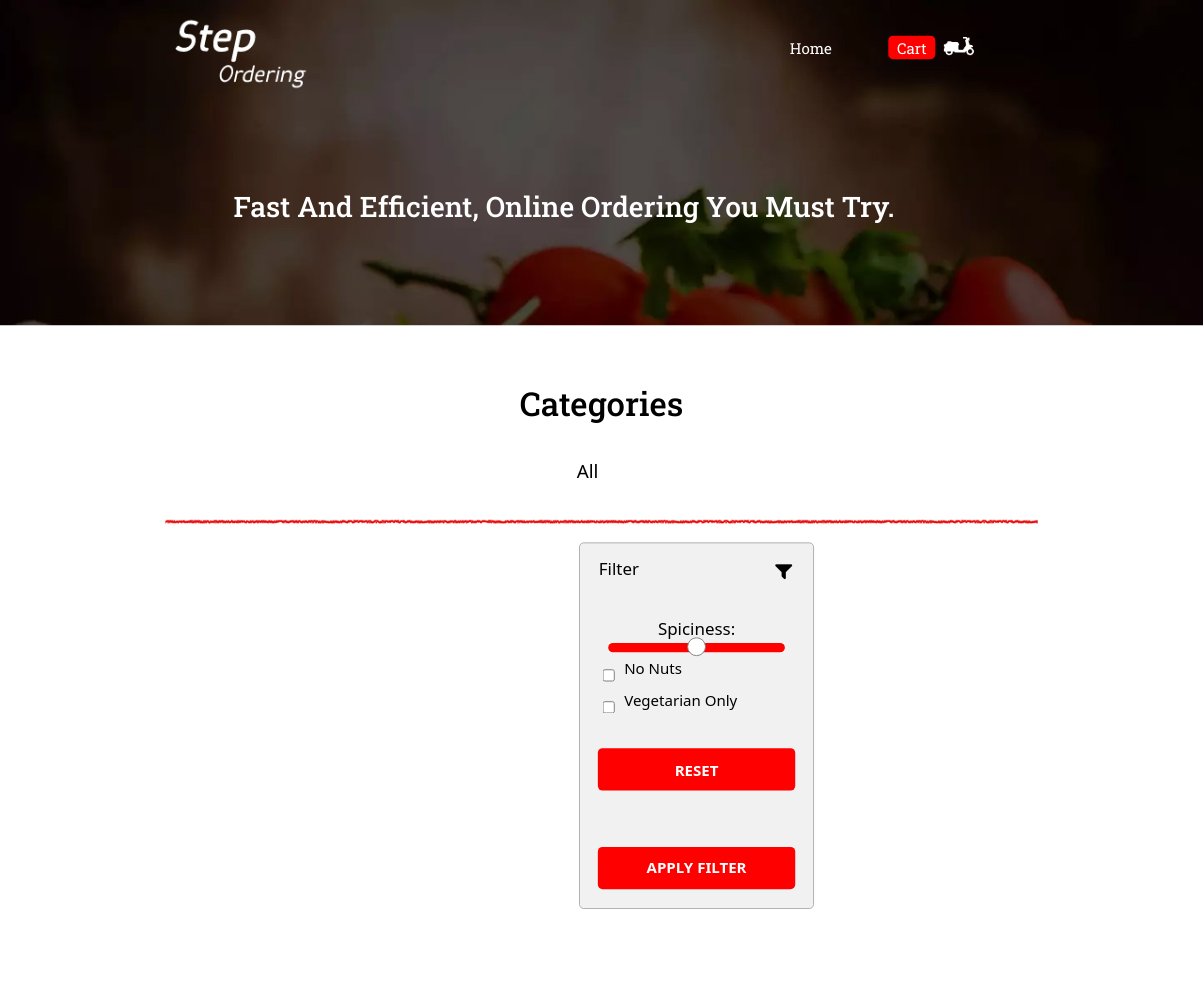
Repository: anastasia29-step/Online-Restaurant
Page: index.html
The author's editor kept a copy of each file at every save. The page is drawn from the files as they stood at one save, then again after the next save.
The browser window is 1280 px wide. The pictures show the whole page, at 94% of full size.
Some web libraries are served in a nearby version.

Above is the page before, as saved 2026-03-10 17:01:15.
Not found: app.js/

### index.html
<!DOCTYPE html>
<html lang="en">

<head>
    <meta charset="UTF-8">
    <meta name="viewport" content="width=device-width, initial-scale=1.0">
    <title>Document</title>
    <link rel="stylesheet" href="style.css">
    <link rel="preconnect" href="https://fonts.googleapis.com">
    <link rel="preconnect" href="https://fonts.gstatic.com" crossorigin>
    <link href="https://fonts.googleapis.com/css2?family=Roboto+Slab:wght@100..900&display=swap" rel="stylesheet">
    <link rel="stylesheet" href="https://cdnjs.cloudflare.com/ajax/libs/font-awesome/7.0.1/css/all.min.css"
        integrity="sha512-2SwdPD6INVrV/lHTZbO2nodKhrnDdJK9/kg2XD1r9uGqPo1cUbujc+IYdlYdEErWNu69gVcYgdxlmVmzTWnetw=="
        crossorigin="anonymous" referrerpolicy="no-referrer" />
</head>

<body>

    <section class="FirstLine">

    <div class="beside" id="navbar">
        <div class="left">
            <a href="./index.html"><img src="./photo/logo.png" alt=""></a>
        </div>

        <div class="right">
            <a href="./index.html">Home</a>
            <a href="./Cart.html" class="a">Cart</a>
            <a href="./Cart.html">
            <img src="./photo/istockphoto-609074524-612x612 Background Removed.png" alt=""></a>
        </div>
    </div>

    <div class="bottom">
        <h1>Fast And Efficient, Online Ordering You Must Try.</h1>
    </div>

</section>
    <section class="section">
        <h1>Categories</h1>
        <ul>
            <li onclick="showAll()">All</li>
        </ul>
        <img src="./photo/border.png" alt="">
    </section>
    <form class="sectionCard">
        <div class="leftSide">
            <div class="filteredCard">
                <div class="first">
                    <p>Filter</p>
                    <i class="fa-solid fa-filter"></i>
                </div>
                <p>Spiciness:</p>
                <input class="range" type="range">
                <div class="next">
                    <input type="checkbox">
                    <p>No Nuts</p>
                </div>
                <div class="next">
                    <input type="checkbox">
                    <p>Vegetarian Only</p>
                </div>
                <button class="reset" onclick="reset()">RESET</button>
                <button class="apply" onclick="apply()">APPLY FILTER</button>
            </div>
        </div>
        <div class="rightSide">

        </div>
    </form>




    <script src="app.js\"></script>
</body>

</html>

### style.css
* {
    margin: 0;
    padding: 0;
    box-sizing: border-box;
}

.section {
    display: flex;
    flex-direction: column;
    justify-content: center;
    align-items: center;
    padding: 60px;
    gap: 10px;
}

section.section img {
    width: 80%;
    height: 5px;
    display: flex;
    justify-content: center;
    align-items: center;
}

.section h1 {
    font-style: bold;
    font-family: "Roboto Slab", serif;
    font-weight: 900;
}

ul {
    display: flex;
    justify-content: center;
    height: 80px;
    flex-wrap: wrap;
    list-style: none;
    font-weight: 400;
    gap: 30px;
    font-family: system-ui, -apple-system, BlinkMacSystemFont, 'Segoe UI', Roboto, Oxygen, Ubuntu, Cantarell, 'Open Sans', 'Helvetica Neue', sans-serif;
    align-items: center;
}

ul::after {
    content: "";
    display: block;
    height: 6px;
    background-image: url("border.png");
    background-repeat: repeat-x;
    background-position: bottom;
}

.FirstLine {
    height: 48vh;
    background-image: url(./photo/inner_banner.jpg);
    background-position: center;
    background-repeat: no-repeat;
    background-size: cover;
    padding-left: 170px;
    padding-top: 20px;
}

.beside {
    position: fixed;
    top: 0;
    left: 0;
    width: 100%;
    display: flex;
    justify-content: space-between;
    padding: 20px 170px;
    transition: 0.3s;
    z-index: 1000;
}

.beside.active {
    backdrop-filter: blur(10px);
    background: rgba(0, 0, 0, 0.9);
}

.beside.active::after {
    content: "";
    position: absolute;
    bottom: 0;
    left: 0;
    width: 100%;
    height: 100px;
    background-image: url("photo/border.png");
    background-repeat: repeat-x;
    content: "";
    position: absolute;
    bottom: 0;
    left: 0;
    width: 100%;
    height: 5px;
    background-image: url("photo/border.png");
    background-repeat: repeat-x;
}

.beside .right {
    display: flex;
    gap: 20px;
    padding-right: 60px;
    padding-top: 20px;
}

.FirstLine .right :first-child:hover {
    color: #FFCC00;
}

.beside .right a {
    text-decoration: none;
    color: white;
    font-family: "Roboto Slab", serif;
}

.beside .right .a {
    background-color: red;
    width: 50px;
    height: 25px;
    padding-top: 2px;
    text-align: center;
    border-radius: 5px;
    margin-top: -2px;
    margin-left: 40px;
}

.beside .right .a:hover+a img {
    transform: translateX(50px);
}

.beside .right img {
    width: 60px;
    margin-top: -21px;
    margin-left: -25px;
    transition: transform 3.0s;
}

.FirstLine .bottom h1 {
    text-align: center;
    color: white;
    margin-top: 180px;
    margin-right: 250px;
    font-size: 30px;
    font-weight: 500;
    font-family: "Roboto Slab", serif;
}

.section h1 {
    font-weight: 500;
    font-size: 35px;
}

ul li {
    height: 100%;
    font-size: 20px;
    cursor: pointer;
    transition: 0.3s;
    display: flex;
    flex-wrap: wrap;
    justify-content: center;
    align-items: center;

}

ul li:hover {
    background-color: red;
    color: white;

}

.sectionCard {
    display: flex;
    width: 100%;
    padding: 60px;
    margin-top: -140px;
    justify-content: center;
}

.leftSide {
    width: 30%;
    padding: 40px;
    margin-left: 50px;
}

.filteredCard {
    width: 250px;
    height: 390px;
    display: flex;
    flex-direction: column;
    justify-content: space-between;
    align-items: center;
    padding: 20px;
    padding-bottom: 20px;
    background-color: #F1F1F1;
    border: 1px solid rgb(174, 172, 172);
    border-radius: 5px;
    font-family: system-ui, -apple-system, BlinkMacSystemFont, 'Segoe UI', Roboto, Oxygen, Ubuntu, Cantarell, 'Open Sans', 'Helvetica Neue', sans-serif;
    font-size: 18px;
    margin-left: 50px;

}
.filteredCard p{
    margin-top: -5px;
    margin-bottom: 10px;
}

.first {
    display: flex;
    width: 100%;
    justify-content: space-between;
}

.next {
    display: flex;
    align-items: center;
    width: 200px;
    height: 40px;
    gap: 10px;
    margin-top: -30px;
    margin-bottom: -10px;
}

.next .check {
    width: 20px;
    height: 20px;
    cursor: pointer;
    appearance: none;
    border: 2px solid grey;
    border-radius: 2px;
}

.check:hover {
    border: 2px solid black;
}

.next p {
    font-size: 16px;
}

.filteredCard button {
    height: 45px;
    width: 210px;
    background-color: #FF0000;
    color: white;
    border: none;
    border-radius: 5px;
    cursor: pointer;
    transition: 0.5s;
    font-size: 16px;
    font-family: system-ui, -apple-system, BlinkMacSystemFont, 'Segoe UI', Roboto, Oxygen, Ubuntu, Cantarell, 'Open Sans', 'Helvetica Neue', sans-serif;
    font-weight: 800;
}
.reset{
    margin-bottom: 25px;
}

.range {
    width: 90%;
    appearance: none;
    -webkit-appearance: none;
    margin-top: -40px;
}

.range::-webkit-slider-runnable-track {
    height: 10px;
    background: #FF0000;
    border-radius: 10px;
}

.range::-webkit-slider-thumb {
    appearance: none;
    -webkit-appearance: none;
    width: 20px;
    height: 20px;
    background-color: white;
    border-radius: 50%;
    border: 1px solid grey;
    cursor: pointer;
    margin-top: -6px;
}

.range::-moz-range-track {
    height: 6px;
    background-color: red;
    border-radius: 10px;
}

.range::-moz-range-thumb {
    width: 18px;
    height: 18px;
    background-color: white;
    border-radius: 50%;
    cursor: pointer;
}


.filteredCard button:hover {
    background-color: #FFCC00;
}

.rightSide {
    display: flex;
    justify-content: center;
    flex-wrap: wrap;
    padding: 40px;
    gap: 25px;
    margin-left: -150px;
}

.card {
    width: 250px;
    height: 420px;
    display: flex;
    flex-direction: column;
    align-items: center;
    justify-content: space-between;
    padding-bottom: 15px;
    border: 2px solid #CFCFCF;
    border-radius: 17px;
}

.card img {
    width: 100%;
    height: 202px;
    object-fit: cover;
    margin-top: -2px;
    border-top-left-radius: 17px;
    border-top-right-radius: 17px;
    background-color: #CFCFCF;
}

.card h1 {
    font-size: 20px;
    font-family: system-ui, -apple-system, BlinkMacSystemFont, 'Segoe UI', Roboto, Oxygen, Ubuntu, Cantarell, 'Open Sans', 'Helvetica Neue', sans-serif;
}

.sides {
    display: flex;
    justify-content: center;
    gap: 7px;
}

.checks {
    display: flex;
    gap: 3px;
}

.card .bottom {
    width: 100%;
    padding: 10px;
    display: flex;
    justify-content: space-between;
    align-items: center;
}

.card .bottom button {
    height: 40px;
    width: 120px;
    display: flex;
    justify-content: center;
    align-items: center;
    border: none;
    position: relative;
    background: white;
    cursor: pointer;
    border: 1px solid black;
}

.card .bottom button::after {
    content: "";
    position: absolute;
    bottom: -6px;
    left: 0;
    width: 100%;
    height: 6px;
    background-image: url("photo/bt_border.png");
    background-repeat: repeat-x;
}

.card .bottom button:hover::after {
    width: 100%;
}

After the next save:
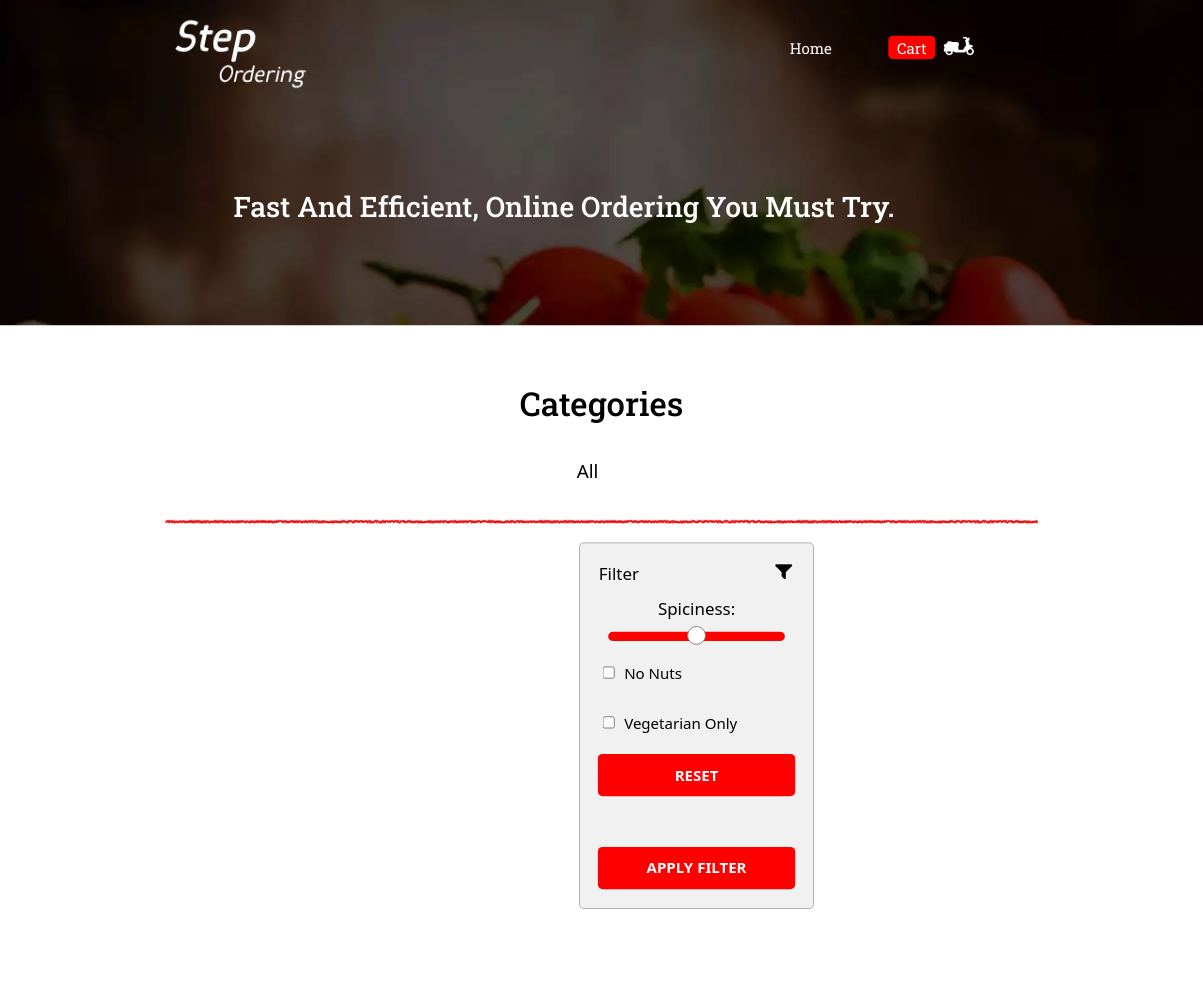
Saved 56 s later.
--- a/style.css
+++ b/style.css
@@ -197,11 +197,6 @@ ul li:hover {
     margin-left: 50px;
 
 }
-.filteredCard p{
-    margin-top: -5px;
-    margin-bottom: 10px;
-}
-
 .first {
     display: flex;
     width: 100%;
@@ -214,8 +209,8 @@ ul li:hover {
     width: 200px;
     height: 40px;
     gap: 10px;
-    margin-top: -30px;
-    margin-bottom: -10px;
+    /* margin-top: -30px;
+    margin-bottom: -10px; */
 }
 
 .next .check {
@@ -249,14 +244,12 @@ ul li:hover {
     font-weight: 800;
 }
 .reset{
-    margin-bottom: 25px;
-}
-
+    margin-bottom: 40px;
+}
 .range {
     width: 90%;
     appearance: none;
     -webkit-appearance: none;
-    margin-top: -40px;
 }
 
 .range::-webkit-slider-runnable-track {
@@ -361,7 +354,6 @@ ul li:hover {
     position: relative;
     background: white;
     cursor: pointer;
-    border: 1px solid black;
 }
 
 .card .bottom button::after {
@@ -374,7 +366,3 @@ ul li:hover {
     background-image: url("photo/bt_border.png");
     background-repeat: repeat-x;
 }
-
-.card .bottom button:hover::after {
-    width: 100%;
-}
